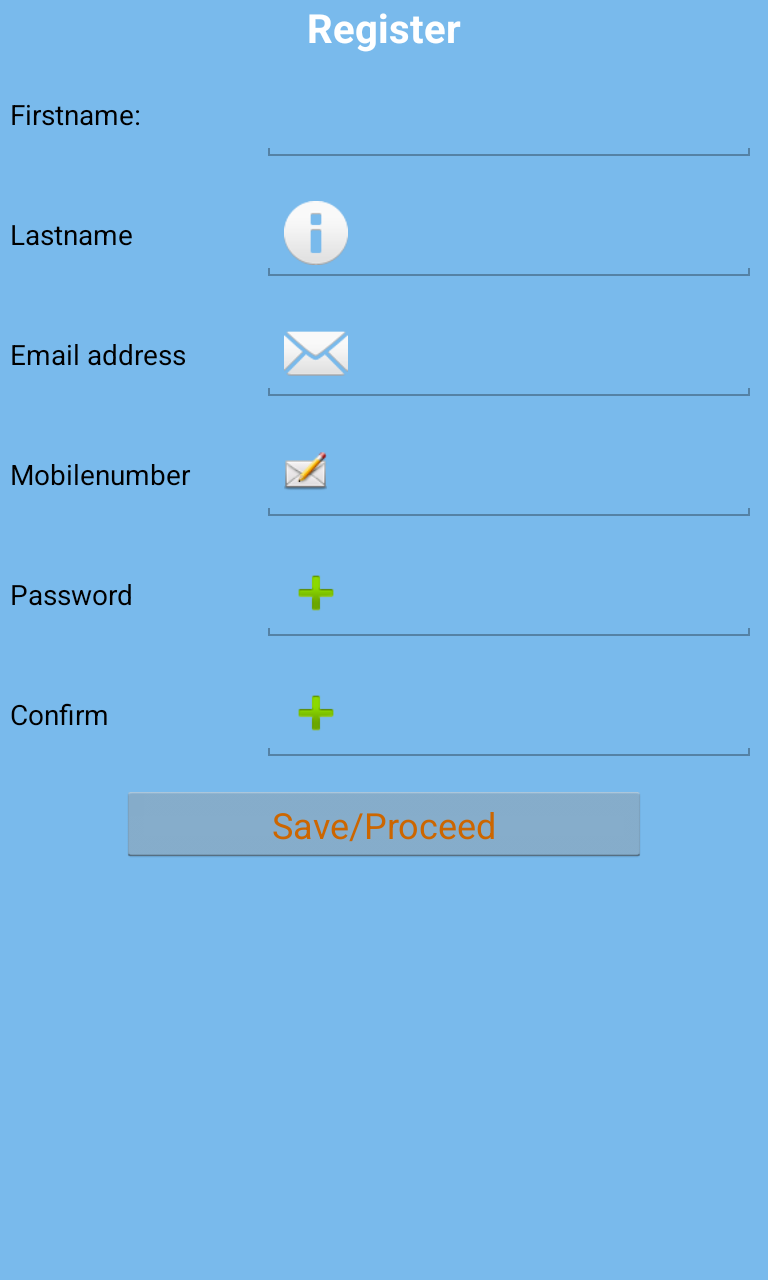
Repository: njiiriJohnii/Android-projects
Layout: Expensetracker/res/layout/register.xml
An editor plug-in stored every save of this project. The layout is shown before and after the next save, followed by the edit.
It is drawn on a 768 x 1280 px phone screen (xhdpi) without system bars, with theme AppTheme; the app's code is not run.

Above is the layout before, as saved 2014-06-23 16:47:42.

After the next save:
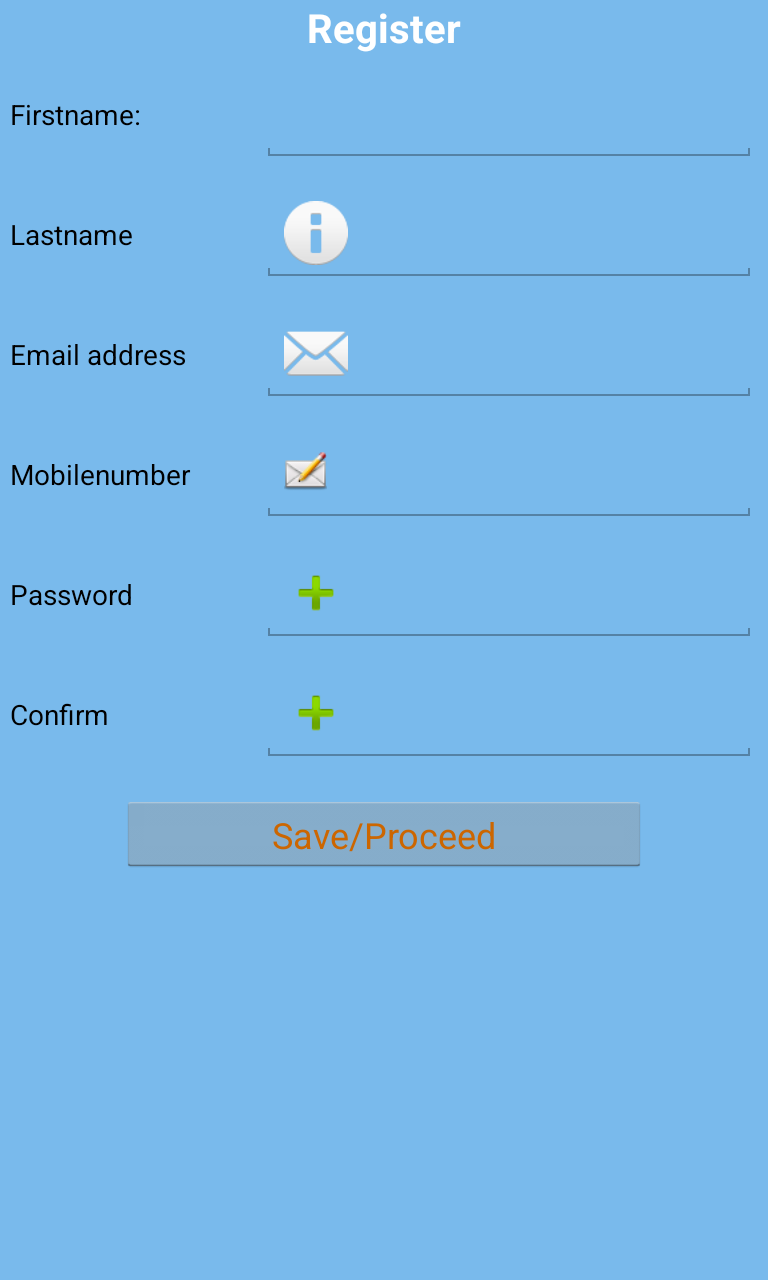
Saved 39 s later.
--- a/Expensetracker/res/layout/register.xml
+++ b/Expensetracker/res/layout/register.xml
@@ -160,8 +160,9 @@
 			android:layout_weight="2"
 			android:textColor="#000000" />
 
-		<EditText android:id="@+id/txtfarmlocation"
-		android:layout_width="fill_parent"
+		<EditText
+		    android:id="@+id/txtfarmlocation"
+		    android:layout_width="fill_parent"
 			android:layout_height="fill_parent"
 			android:gravity="center_vertical"
 			android:layout_weight="1"
@@ -172,7 +173,7 @@
 	android:layout_width="fill_parent"
 		android:layout_height="40dip"
 		android:gravity="center"
-		android:layout_marginTop="10px">
+		android:layout_marginTop="10dp">
 
 		<Button
 	        android:text="Save/Proceed"
